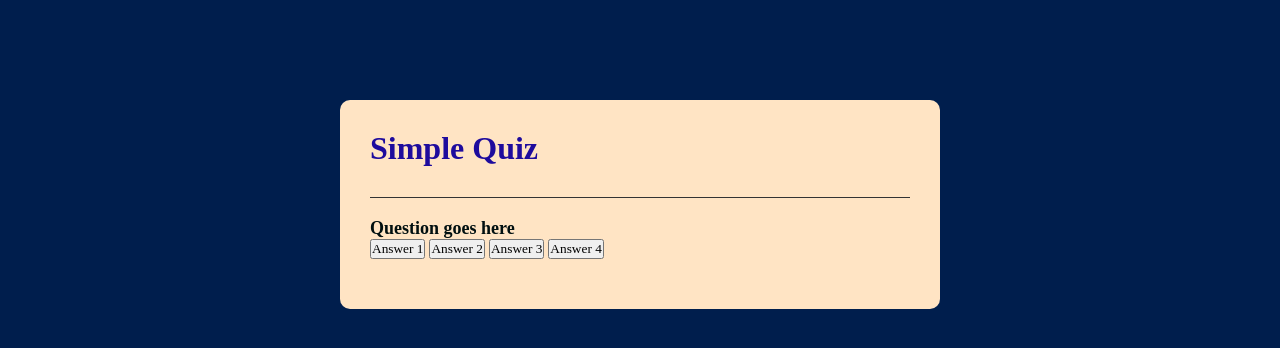
Repository: supriya123yadav/Quiz-project
Page: index.html
These files come from the project's save history. The page is drawn as it stood at one moment and after the next save; the edit follows.
The browser window is 1280 px wide. The pictures show the whole page.

Above is the page before, as saved 2024-07-07 15:46:15.

### index.html
<!DOCTYPE html>
<html lang="en">
<head>
    <meta charset="UTF-8">
    <meta name="viewport" content="width=device-width, initial-scale=1.0">
    <title>Quiz App - Easy Tutorials</title>
    <link rel="stylesheet" href="style.css">
</head>
<body>
    <div class="app">
        <h1>Simple Quiz</h1>
        <div class="quiz">
            <h2 id="question">Question goes here</h2>
            <div id="answer-buttons">
                <button class="btn">Answer 1</button>
                <button class="btn">Answer 2</button>
                <button class="btn">Answer 3</button>
                <button class="btn">Answer 4</button>


            </div>

        </div>

    </div>

</body>
</html>

### style.css
* {
    margin: 0px;
    padding: 0px;
    font-family: serif;
    box-sizing: border-box;

}
body{
    background: #001e4d;
}
.app{
    background:bisque;
    width: 90%;
    max-width: 600px;
    margin: 100px auto 0;
    border-radius: 10px;
    padding: 30px;

}
.app h1{
   font-weight: 25px;
   color: rgb(30, 11, 157);
   font-weight: 600px;
   border-bottom: 1px solid #333;
   padding-bottom: 30px;
}
.quiz{
    padding: 20px 0;

}
.quiz h2{
    font-size: 18px;
    color:rgb(1, 15, 16);


}

After the next save:
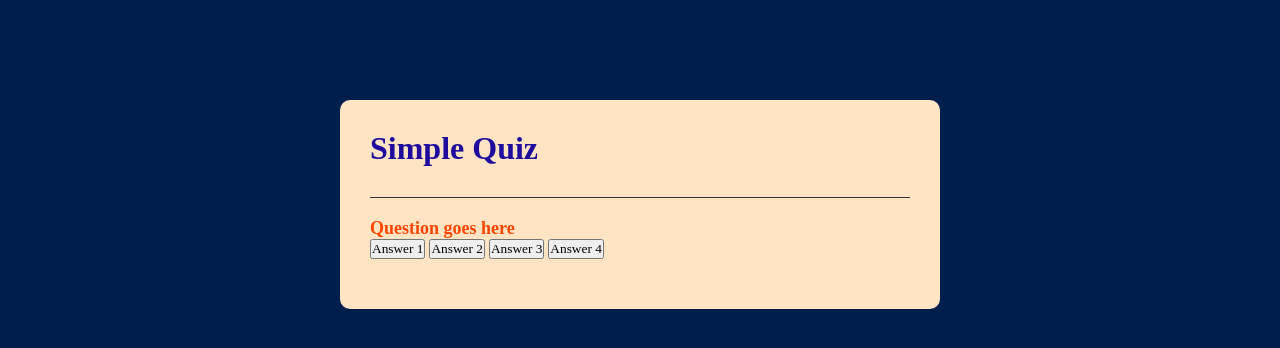
Saved 3 min 31 s later.
--- a/style.css
+++ b/style.css
@@ -30,7 +30,7 @@
 }
 .quiz h2{
     font-size: 18px;
-    color:rgb(1, 15, 16);
+    color: orangered;
 
 
 }
